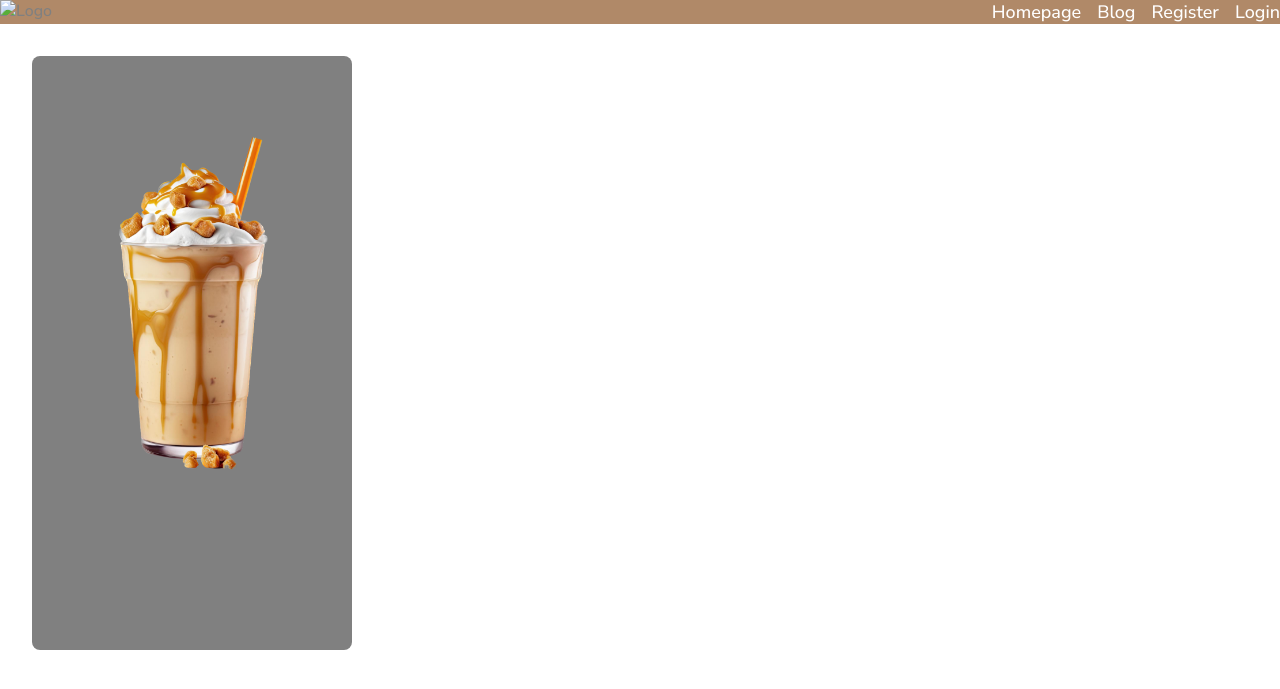
Repository: liviamucioniu/Coffee-Shop-Website
Page: index.html
An editor plug-in stored every save of this project. The page is shown before and after the next save, followed by the edit.
The browser window is 1280 px wide. The pictures show the whole page.

Above is the page before, as saved 2023-10-20 16:56:52.

### index.html
<!DOCTYPE html>
<html lang="en">
    <head>
        <meta charset="UTF-8" />
        <meta name="viewport" content="width=device-width, initial-scale=1.0" />
        <title>Magazin online</title>
        <link rel="stylesheet" href="styles.css" />
        <script defer src="script.js"></script>
        <link rel="preconnect" href="https://fonts.googleapis.com" />
        <link rel="preconnect" href="https://fonts.gstatic.com" crossorigin />
        <link
            href="https://fonts.googleapis.com/css2?family=Montserrat:ital,wght@0,200;0,400;0,500;1,100;1,200;1,300;1,400;1,500&family=Nunito+Sans:ital,opsz,wght@0,6..12,200;0,6..12,300;0,6..12,500;0,6..12,600;0,6..12,700;0,6..12,900;0,6..12,1000;1,6..12,200;1,6..12,300;1,6..12,400;1,6..12,500;1,6..12,600;1,6..12,900;1,6..12,1000&family=Open+Sans:ital,wght@1,300&family=Poppins:ital,wght@0,400;1,300;1,500&display=swap"
            rel="stylesheet"
        />
    </head>
    <body>
        <header id="header">
            <img class="logo" src="" alt="Logo" />
            <nav class="navigation">
                <a class="link" href="">Homepage</a>
                <a class="link" href="">Blog</a>
                <a class="link" href="">Register</a>
                <a class="link" href="">Login</a>
            </nav>
        </header>
        <section id="product-list">
            <div class="product-card">
                <img
                    class="product-image"
                    src="./assets/images/frappe.png"
                    alt="Frappe"
                />
                <h3 class="product-name">Telefon</h3>
                <p class="product-description">
                    Lorem ipsum dolor etur, adipisicing elit. Laboriosam ab
                    quasquas molestiae aliquid quia, dolorem necessitatibus!
                </p>
            </div>
        </section>
    </body>
</html>

### styles.css
:root {
    --coffee-color-1: #ede0d4;
    --coffee-color-2: #e6ccb2;
    --coffee-color-3: #ddb892;
    --coffee-color-4: #b08968;
    --coffee-color-5: #7f5539;
    --coffee-color-6: #9c6644;
    --color-light: var(var(--coffee-color-1));
    --color-dark: #2d100e;
}

html {
    font-size: 16px;
}

*,
*::before,
*::after {
    margin: 0;
    padding: 0;
}

body {
    color: gray;
    font-family: "Nunito Sans", sans-serif;
}

@media screen and (max-width: 560px) {
    html {
        font-size: 12px;
    }
}

#header {
    padding: 2rem 1 rem;
    background-color: var(--coffee-color-4);
    display: flex;
    justify-content: space-between;
}

#header .navigation {
    display: flex;
    align-items: center;
    gap: 1rem;
}

#header .navigation .link {
    font-size: 1.125rem;
    text-decoration: none;
    color: white;
}

#header .navigation .link:hover {
    color: var(--color-dark);
}

#product-list {
    display: flex;
    gap: 1.5rem;
    padding: 2rem;
    flex-wrap: wrap;
}

.product-card {
    border-radius: 0.5rem;
    max-width: 18rem;
    background-color: gray;
    padding: 2rem 1rem;
}

.product-image {
    max-width: 100%;
}

### script.js
// const title = document.getElementById("title");
// console.log(title);
// title.classList.add("main");

After the next save:
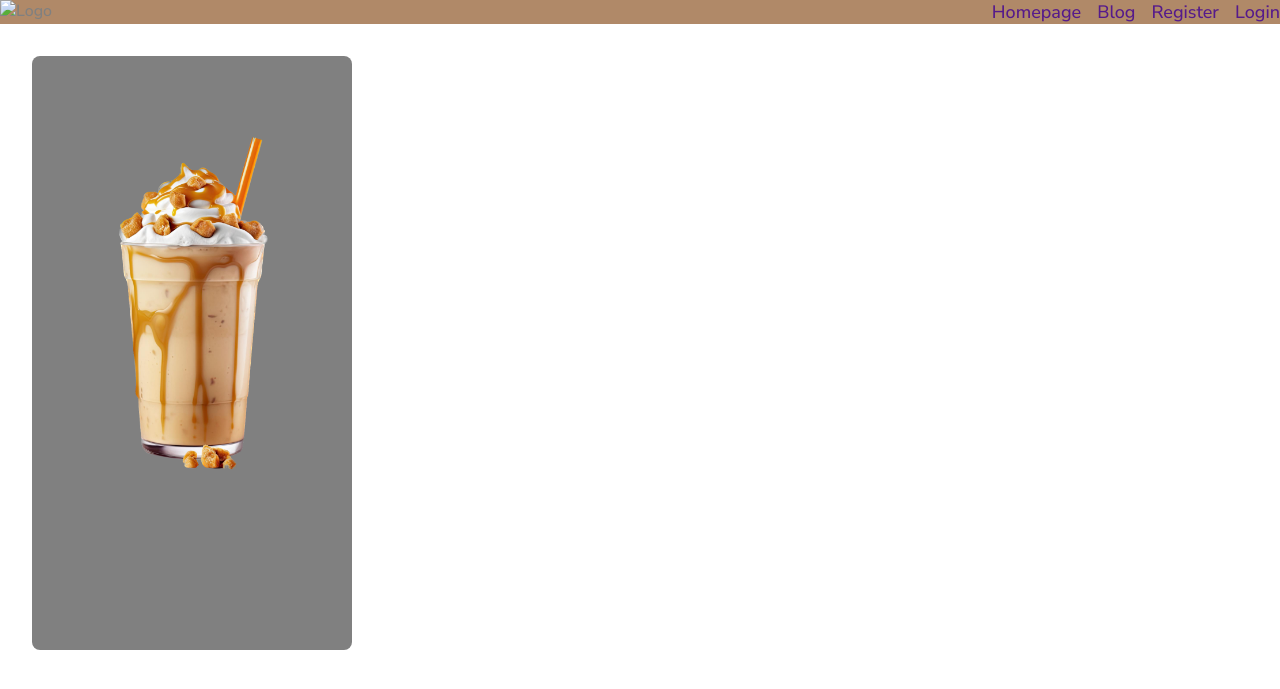
Saved 16 s later.
--- a/styles.css
+++ b/styles.css
@@ -47,7 +47,7 @@ body {
 #header .navigation .link {
     font-size: 1.125rem;
     text-decoration: none;
-    color: white;
+    color: ;
 }
 
 #header .navigation .link:hover {
